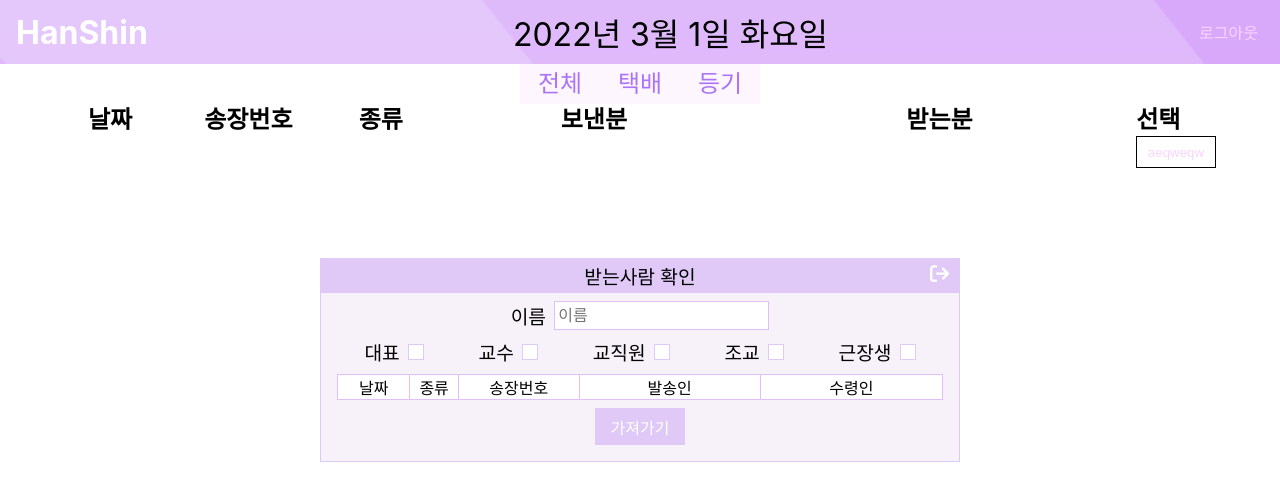
Repository: SeungYn/hanshinClient
Page: /, after clicking the first element matching `button.package_d2e76_submitBtn`
These files come from the project's save history. The page is drawn as it stood at one moment and after the next save; the edit follows.
The browser window is 1280 px wide. The pictures show the whole page.
The page's requests for data from a server got no answer. The project was rebuilt for these pictures with package versions that can differ from the ones it lists, and the page was loaded fresh each time. No one was signed in, and anything a server would have sent is missing. Also part of the build but not shown: src/App.css, src/components/item/item.jsx, src/components/addboxs/addBoxs.jsx.

Above is the page before, as saved 2022-03-01 03:26:48.

After the next save:
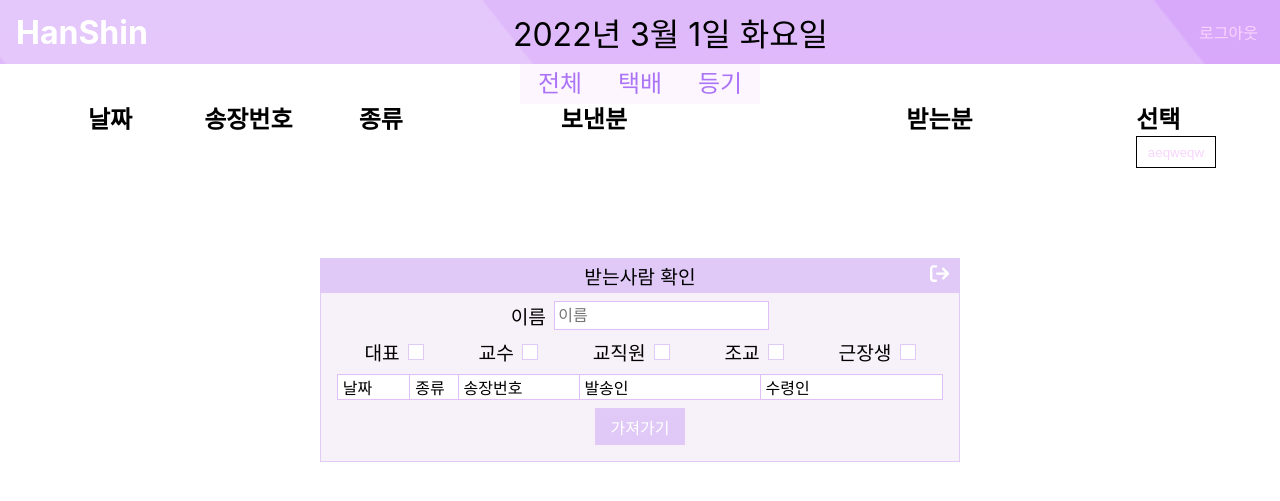
Saved 46 s later.
--- a/src/components/receiverInput/receiverInput.module.css
+++ b/src/components/receiverInput/receiverInput.module.css
@@ -116,7 +116,8 @@
 .packageList span {
   padding: 0 0.3rem;
   height: 100%;
-  text-align: center;
+  display: flex;
+  align-items: center;
 }
 
 .packageList li:not(:last-child) {

After the 2 saves that followed:
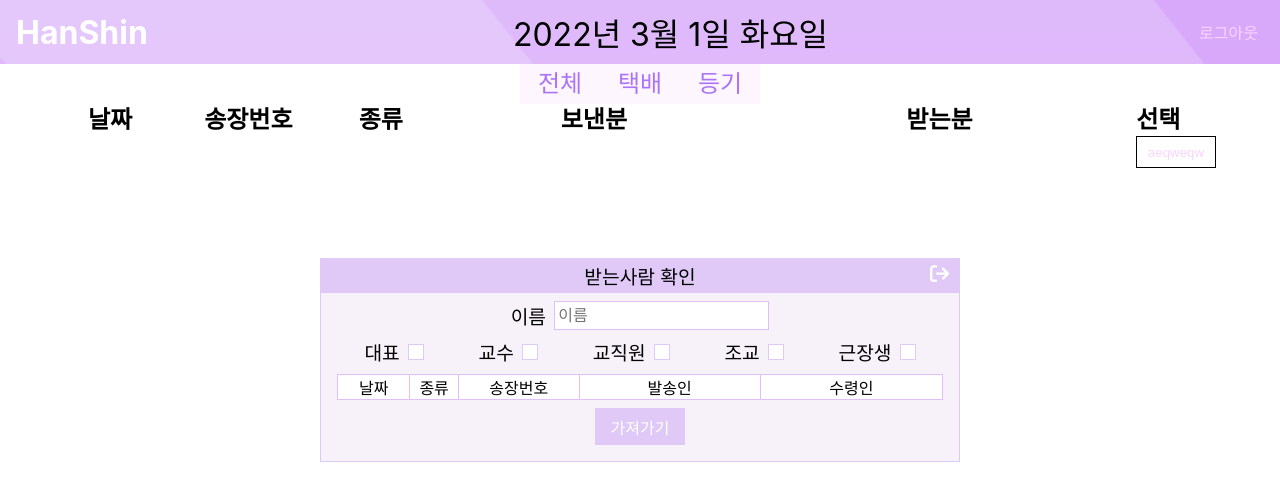
The 2 saves are shown as one change because 1 left the picture as it was.
The last was saved 23 s later.
--- a/src/components/receiverInput/receiverInput.module.css
+++ b/src/components/receiverInput/receiverInput.module.css
@@ -116,8 +116,6 @@
 .packageList span {
   padding: 0 0.3rem;
   height: 100%;
-  display: flex;
-  align-items: center;
 }
 
 .packageList li:not(:last-child) {
